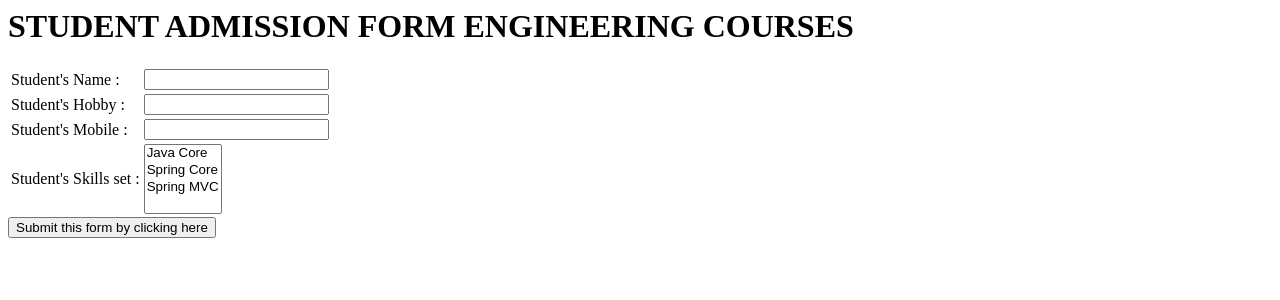
Repository: ahmedLajmi/TestApp
Page: http://localhost/FirstApp/admissionForm
An editor plug-in stored every save of this project. The page is shown before and after the next save, followed by the edit.
The browser window is 1280 px wide. The pictures show the whole page.
The page is served by Tomcat 9.

Above is the page before, as saved 2019-02-06 15:19:30.

After the next save:
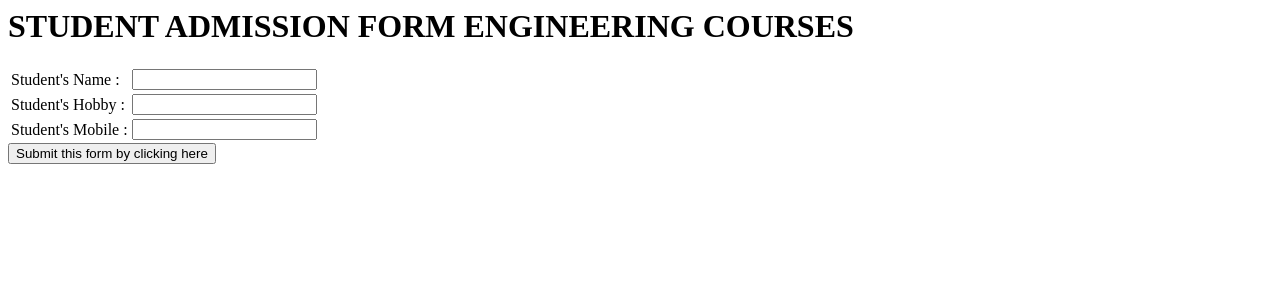
Saved 36 s later.
--- a/FirstApp/WebContent/WEB-INF/AdmissionForm.jsp
+++ b/FirstApp/WebContent/WEB-INF/AdmissionForm.jsp
@@ -17,16 +17,6 @@
 					<td><input type="text" name="studentMobile" ></td>
 				</tr>
 
-				<tr>
-					<td>Student's Skills set :</td>
-					<td>
-						<select name="studentSkills" multiple>
-							<option value="Java Core">Java Core</option>
-							<option value="Spring Core">Spring Core</option>
-							<option value="Spring MVC">Spring MVC</option>
-						</select>
-					</td>
-				</tr>
 			</table>
 			<input type="submit" value="Submit this form by clicking here"  />
 
